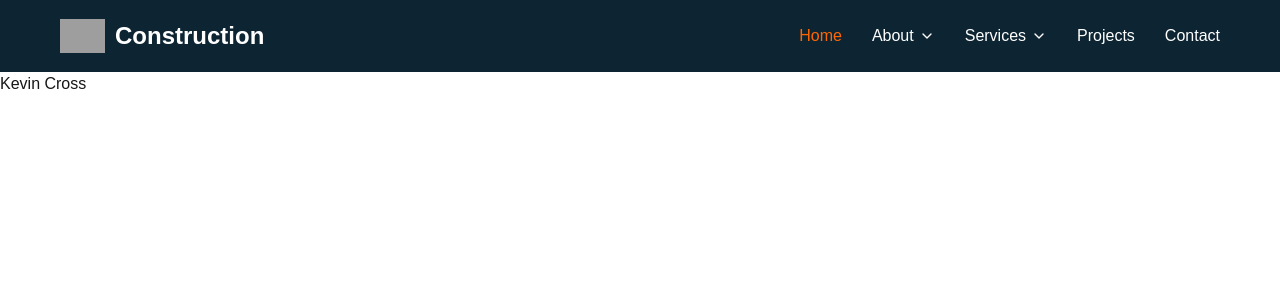
Repository: KC-Minchakpu/promise-earth
Page: /
An editor plug-in stored every save of this project. The page is shown before and after the next save, followed by the edit.
The browser window is 1280 px wide. The pictures show the whole page.
Pictures or frames that could not be fetched are drawn as grey boxes. The project was rebuilt for these pictures with package versions that can differ from the ones it lists, and the page was loaded fresh each time. The framework's server and built-in components were replaced by stand-ins that run in the browser. Also part of the build but not shown: next.config.ts.

Above is the page before, as saved 2026-02-26 12:00:01.

### src/app/layout.tsx
import type { Metadata } from "next";
import { Play, Poppins } from "next/font/google";
import "./globals.css";
import Header from "@/components/Header/Header";

const play = Play({
  variable: "--font-play",
  subsets: ["latin"],
  weight: ["400", "700"],
});

const poppins = Poppins({
  variable: "--font-poppins",
  subsets: ["latin"],
  weight: ["300", "400", "500", "600", "700"],
});

export const metadata: Metadata = {
  title: "Create Next App",
  description: "Generated by create next app",
};

export default function RootLayout({
  children,
}: Readonly<{
  children: React.ReactNode;
}>) {
  return (
    <html lang="en">
      <body
        className={`${play.variable} ${poppins.variable} antialiased`}
      >
        <Header />
        {children}
      </body>
    </html>
  );
}

### src/app/page.tsx


export default function Home() {
  return (
   <>
    <h1>Kevin Cross</h1>
    </>
  );
}

### src/app/globals.css
@import "tailwindcss";

:root {
  --background: #ffffff;
  --foreground: #171717;
}


@media (prefers-color-scheme: dark) {
  :root {
    --background: #0a0a0a;
    --foreground: #ededed;
  }
}

body {
  background: var(--background);
  color: var(--foreground);
  font-family: Arial, Helvetica, sans-serif;
}

### src/components/Header/Header.tsx
"use client";

import { useState, useEffect, useRef } from "react";
import { usePathname } from "next/navigation";
import Link from "next/link";
import Image from "next/image";
import styles from "./Header.module.css";
import { ChevronDown, Menu, X } from "lucide-react";

const Header = () => {
  const pathname = usePathname();

  const [mobileOpen, setMobileOpen] = useState(false);
  const [scrolled, setScrolled] = useState(false);
  const [aboutOpen, setAboutOpen] = useState(false);
  const [servicesOpen, setServicesOpen] = useState(false);

  // ✅ Proper timeout refs
  const aboutTimeoutRef = useRef<NodeJS.Timeout | null>(null);
  const servicesTimeoutRef = useRef<NodeJS.Timeout | null>(null);

  /* Sticky Scroll */
  useEffect(() => {
    const handleScroll = () => {
      setScrolled(window.scrollY > 20);
    };

    window.addEventListener("scroll", handleScroll);
    return () => window.removeEventListener("scroll", handleScroll);
  }, []);

  const isActive = (path: string) => pathname === path;

  return (
    <header className={`${styles.header} ${scrolled ? styles.scrolled : ""}`}>
      <div className={styles.navbar}>
        <div className={styles.navContainer}>

          {/* LOGO */}
          <Link href="/" className={styles.logo}>
            <Image
              src="/logo.png"
              alt="Construction Logo"
              width={45}
              height={45}
              priority
            />
            <span>Construction</span>
          </Link>

          <nav className={styles.navLinks}>
            <Link
              href="/"
              className={isActive("/") ? styles.active : ""}
            >
              Home
            </Link>

            {/* ABOUT */}
            <div
              className={styles.dropdown}
              onMouseEnter={() => {
                if (aboutTimeoutRef.current) {
                  clearTimeout(aboutTimeoutRef.current);
                }
                setAboutOpen(true);
              }}
              onMouseLeave={() => {
                aboutTimeoutRef.current = setTimeout(() => {
                  setAboutOpen(false);
                }, 150);
              }}
            >
              <button className={styles.dropBtn}>
                About <ChevronDown size={16} />
              </button>

              <div
                className={`${styles.dropdownMenu} ${
                  aboutOpen ? styles.showDropdown : ""
                }`}
              >
                <Link href="/promise-earth">Promise Earth</Link>
                <Link href="/emmanuel-benjamin">
                  Emmanuel K. Benjamin
                </Link>
                <Link href="/our-team">Our Team</Link>
              </div>
            </div>

            {/*SERVICES */}
            <div
              className={styles.dropdown}
              onMouseEnter={() => {
                if (servicesTimeoutRef.current) {
                  clearTimeout(servicesTimeoutRef.current);
                }
                setServicesOpen(true);
              }}
              onMouseLeave={() => {
                servicesTimeoutRef.current = setTimeout(() => {
                  setServicesOpen(false);
                }, 150);
              }}
            >
              <button className={styles.dropBtn}>
                Services <ChevronDown size={16} />
              </button>

              <div
                className={`${styles.dropdownMenu} ${
                  servicesOpen ? styles.showDropdown : ""
                }`}
              >
                <Link href="/mining">Mining</Link>
                <Link href="/quarry">Quarry</Link>
                <Link href="/construction">Construction</Link>
                <Link href="/excavation">Excavation</Link>
                <Link href="/sandstones">Sandstones</Link>
              </div>
            </div>

            <Link
              href="/projects"
              className={isActive("/projects") ? styles.active : ""}
            >
              Projects
            </Link>

            <Link
              href="/contact"
              className={isActive("/contact") ? styles.active : ""}
            >
              Contact
            </Link>
          </nav>

          <div
            className={styles.mobileToggle}
            onClick={() => setMobileOpen(!mobileOpen)}
          >
            {mobileOpen ? <X size={24} /> : <Menu size={24} />}
          </div>
        </div>
      </div>
    </header>
  );
};

export default Header;

### src/components/Header/Header.module.css
.header {
  position: sticky;
  top: 0;
  z-index: 9999;
  transition: all 0.3s ease;
}

.scrolled {
  box-shadow: 0 6px 20px rgba(0, 0, 0, 0.15);
}

/* TOP BAR */
.topBar {
  background: linear-gradient(to right, #0f2b3a, #0c1f2a);
  color: #ffffff;
  font-size: 14px;
}

.topContainer {
  max-width: 1200px;
  margin: auto;
  padding: 8px 20px;
}

/* NAVBAR */
.navbar {
  background: #0d2533;
  color: white;
}

.navContainer {
  max-width: 1200px;
  margin: auto;
  padding: 18px 20px;
  display: flex;
  align-items: center;
  justify-content: space-between;
}

/* LOGO */
.logo {
  display: flex;
  align-items: center;
  gap: 10px;
  font-size: 24px;
  font-weight: bold;
  text-decoration: none;
  color: white;
}

/* NAV LINKS */
.navLinks {
  display: flex;
  align-items: center;
  gap: 30px;
}

.navLinks a {
  color: white;
  text-decoration: none;
  font-weight: 500;
  transition: color 0.3s ease;
}

.navLinks a:hover {
  color: #ff6600;
}

.active {
  color: #ff6600 !important;
}

/* DROPDOWN  */
.dropdown {
  position: relative;
}

.dropBtn {
  background: none;
  border: none;
  color: white;
  font-weight: 500;
  display: flex;
  align-items: center;
  gap: 5px;
  cursor: pointer;
  transition: color 0.3s ease;
}

.dropBtn:hover {
  color: #ff6600;
}

.dropdownMenu {
  position: absolute;
  top: 100%;
  left: 0;
  margin-top: 0;
  background: #111111;
  min-width: 220px;
  border-radius: 6px;
  box-shadow: 0 10px 25px rgba(0, 0, 0, 0.15);
  opacity: 0;
  transform: translateY(10px);
  pointer-events: none;
  transition: all 0.25s ease;
}

.showDropdown {
  opacity: 1;
  transform: translateY(0);
  pointer-events: auto;
}

.dropdownMenu a {
  display: block;
  padding: 12px 18px;
  color: #ffffff;
  text-decoration: none;
  transition: background 0.3s ease;
}

.dropdownMenu a:hover {
   color: #ffc400;
}

/* CTA  */
.cta a {
  background: #ff6600;
  padding: 12px 24px;
  border-radius: 6px;
  color: white;
  text-decoration: none;
  font-weight: bold;
  transition: all 0.3s ease;
}

.cta a:hover {
  background: #e65c00;
  transform: translateY(-2px);
}

/*  MOBILE  */
.mobileToggle {
  display: none;
  cursor: pointer;
}

@media (max-width: 992px) {
  .navLinks {
    position: absolute;
    top: 80px;
    left: 0;
    width: 100%;
    background: #0d2533;
    flex-direction: column;
    padding: 20px;
    display: none;
  }

  .show {
    display: flex;
  }

  .cta {
    display: none;
  }

  .mobileToggle {
    display: block;
  }

  .dropdownMenu {
    position: relative;
    top: 0;
    box-shadow: none;
    opacity: 1;
    transform: none;
    pointer-events: auto;
    background: #112f40;
  }

  .dropdownMenu a {
    color: white;
  }
}

After the next save:
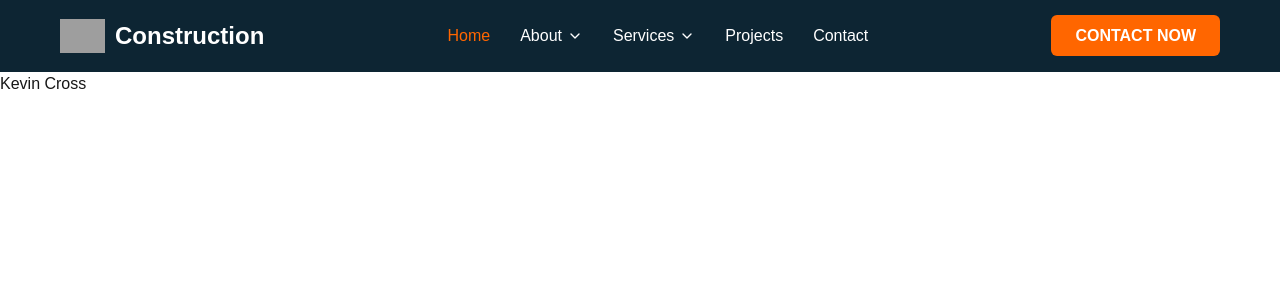
Saved 2 min 35 s later.
--- a/src/components/Header/Header.tsx
+++ b/src/components/Header/Header.tsx
@@ -135,6 +135,11 @@ const Header = () => {
             </Link>
           </nav>
 
+           {/* ✅ CTA */}
+          <div className={styles.cta}>
+            <Link href="/contact">CONTACT NOW</Link>
+          </div>
+
           <div
             className={styles.mobileToggle}
             onClick={() => setMobileOpen(!mobileOpen)}
